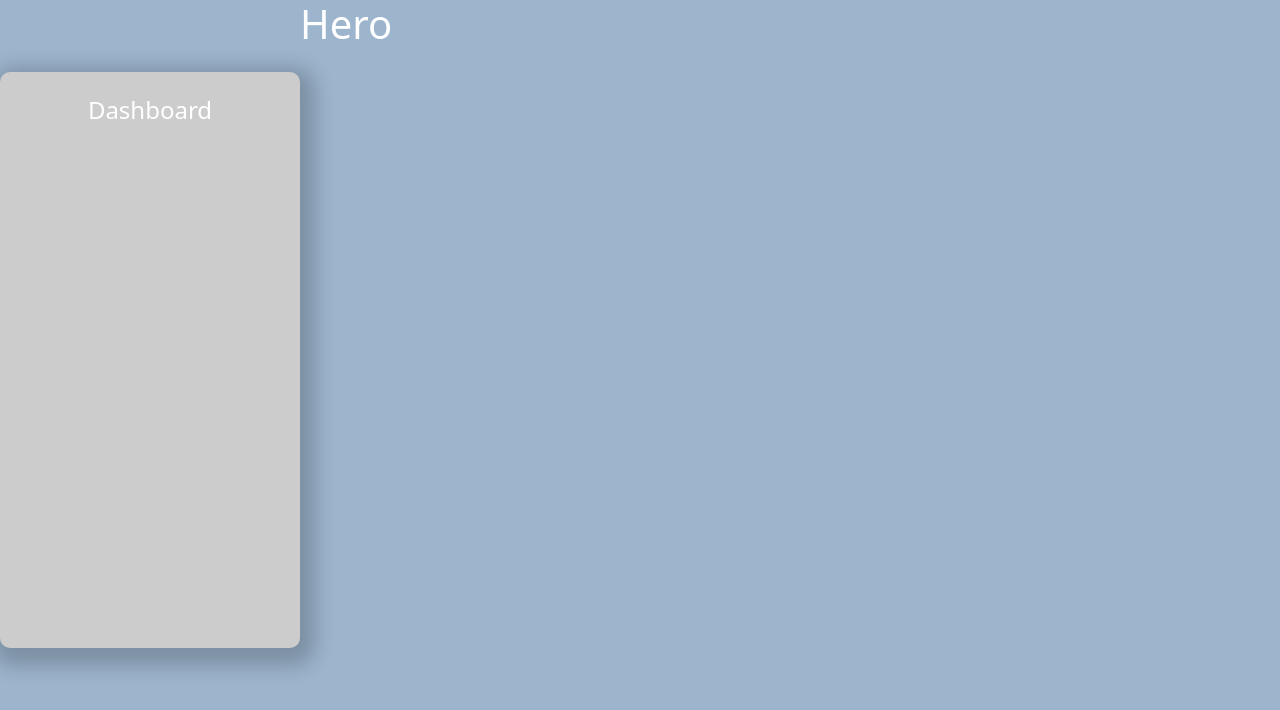
Repository: iamevs/Employee-Management-System
Page: / (app in client/)
An editor plug-in stored every save of this project. The page is shown before and after the next save, followed by the edit.
The browser window is 1280 px wide. The pictures show the whole page.
The project was rebuilt for these pictures with package versions that can differ from the ones it lists, and the page was loaded fresh each time. Also part of the build but not shown: client/vite.config.js, client/src/App.css, client/src/components/Home.jsx, client/src/components/Register.jsx, client/src/components/Edit.jsx. Imported but missing from the stored project, and not drawn on this page: client/src/components/Details.

Above is the page before, as saved 2022-11-29 01:46:29.

After the next save:
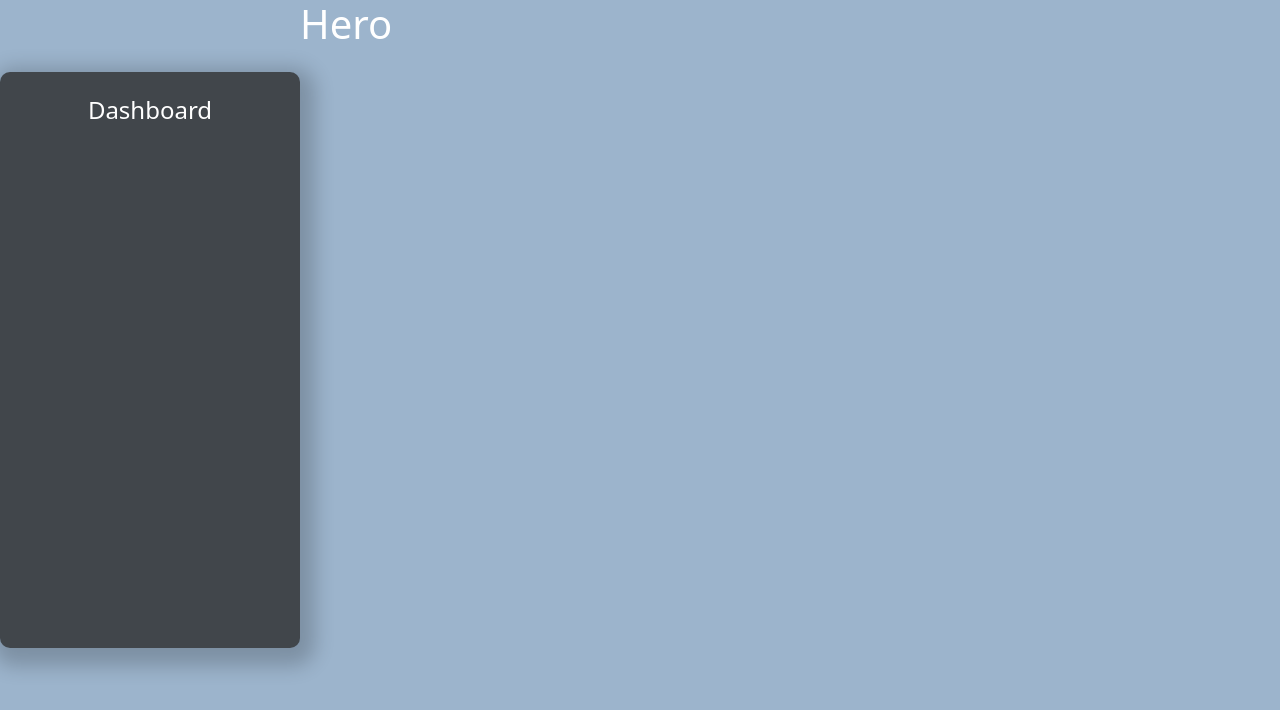
Saved 63 s later.
--- a/client/src/components/Navbar.jsx
+++ b/client/src/components/Navbar.jsx
@@ -45,7 +45,7 @@ const Navbar = () => {
         //     </Box>
         // </Stack>
         <Stack direction={"column"} alignItems={"center"}  sx={{
-            backgroundColor: "#ccc",
+            backgroundColor: "#41464b",
             backdropFilter: "blur(10px) !important",
             position: "relative",
             color: "white",
